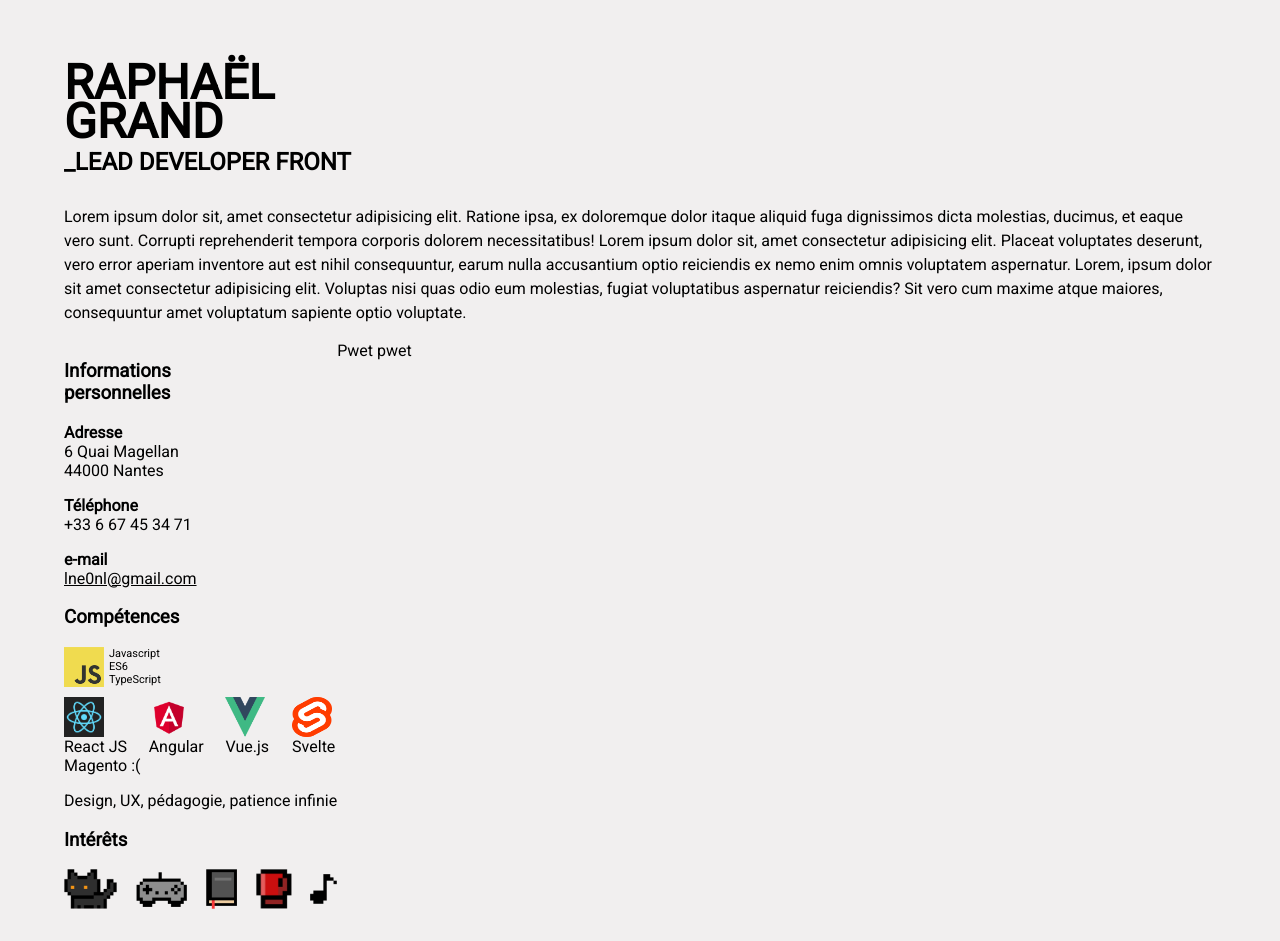
Repository: lne0nl/resume
Page: index.html
These files come from the project's save history. The page is drawn as it stood at one moment and after a run of saves; the edit follows.
The browser window is 1280 px wide. The pictures show the whole page.

Above is the page before, as saved 2021-12-10 11:31:15.

After the next 2 saves:
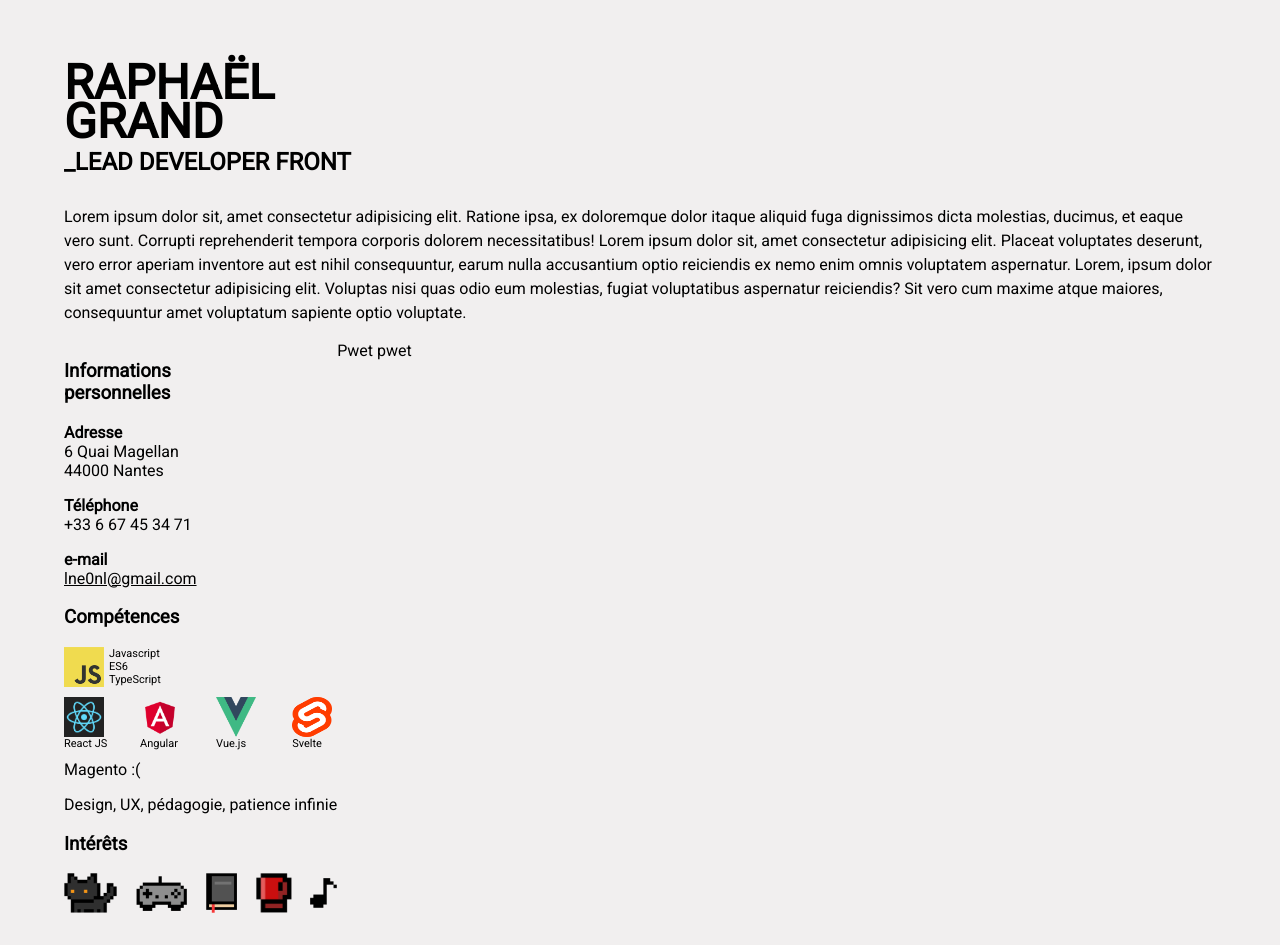
The 2 saves are shown as one change because they came seconds apart.
The last was saved 7 s later.
--- a/style.css
+++ b/style.css
@@ -91,7 +91,6 @@ li {
 }
 
 .skills {
-  margin-bottom: 10px;
   font-size: 11px;
   display: flex;
 }
@@ -106,6 +105,6 @@ li {
 .frameworks {
   display: flex;
   justify-content: space-between;
-  margin: 5
+  margin: 10px 0;
   font-size: 11px;
 }
